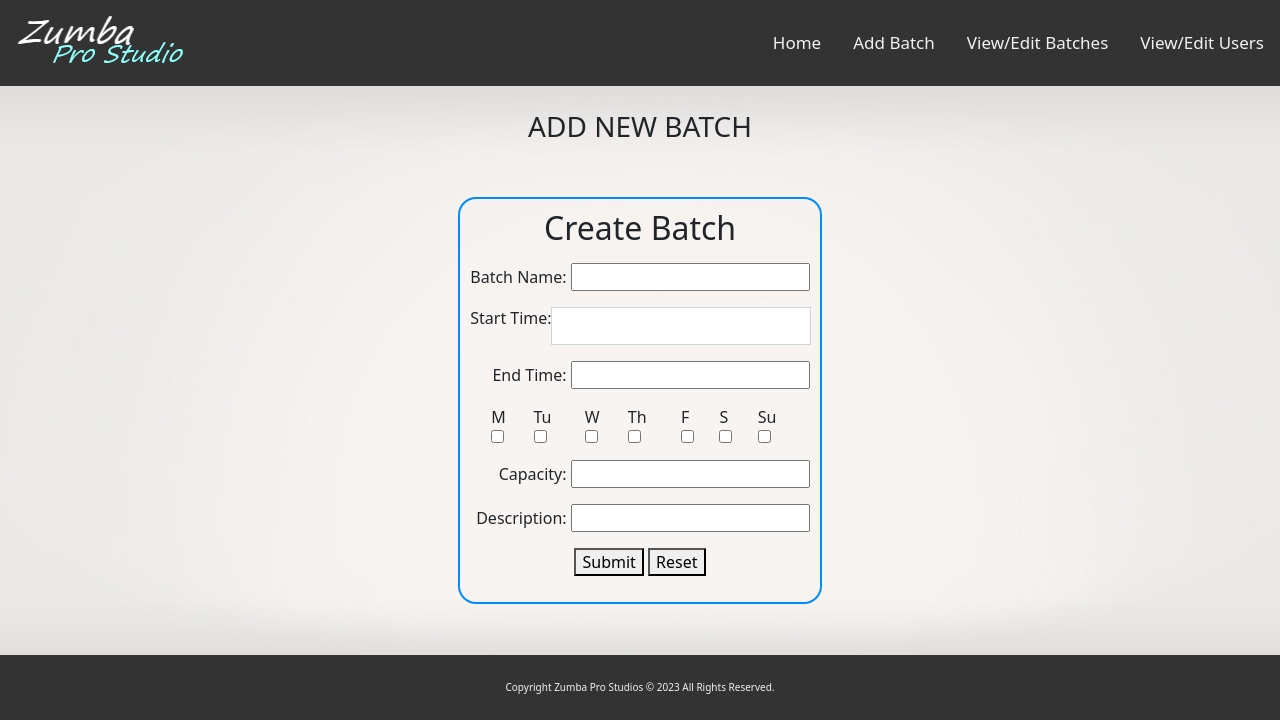
Repository: basemsamuel/Zumba
Page: http://localhost/ZumbaProStudio/addbatch.jsp
The author's editor kept a copy of each file at every save. The page is drawn from the files as they stood at one save, then again after the next save.
The browser window is 1280 px wide. The pictures show the whole page.
The page is served by Tomcat 10. Other server files are loaded and not shown.

Above is the page before, as saved 2023-07-30 23:37:37.

### ZumbaProStudio/src/main/webapp/addbatch.jsp
<jsp:include page="adminheader.jsp"></jsp:include>
<div class="mycontainer">
	<div align="center">
	<br>
	<h3>ADD NEW BATCH</h3>
	<br>
	<br>

	<div>
		<table class="formtable">
			<tr>
				<td style="padding: 10px;">
					<div class='center'>
						<form style="width: 100%;" action="Admin" method = "POST">
						    <h2>Create Batch</h2>
						    <input type="hidden" name="htmlFormName" value="AddBatch" />
						    <div>
						        <p>
							        <div class='right'>
							            <label for="name">Batch Name:</label>
							            <input type="text" id="name" name="name">
							        </div>
						        </p>
						    </div>

						    <div class='form-group'>
						        <p>
							        <div class='right input-group date'>
							            <label for="stime">Start Time:</label>
							            <input type='text' class="form-control" id="stime" name="stime"><span class="input-group-addon"><span >
							        </div>
						        </p>
						    </div>


						    <div>
						        <p>
							        <div class='right'>
							            <label for="etime">End Time:</label>
							            <input class="datepicker" data-date-format="mm/dd/yyyy" id="etime" name="etime">
							        </div>
						        </p>
						    </div>

						    <div>
						        <p>
							        <div style="padding-left:20px;">
							        	<Table width="100%">
							        		<tr>
							        			<td>M</td>
							        			<td>Tu</td>
							        			<td>W</td>
							        			<td>Th</td>
							        			<td>F</td>
							        			<td>S</td>
							        			<td>Su</td>
							        		</tr>
							        		<tr>
							        			<td>
										            <input type="checkbox" id="M" name="M" value="M">
							        			</td>
							        			<td>
										            <input type="checkbox" id="Tu" name="Tt" value="Tu">
							        			</td>
							        			<td>
										            <input type="checkbox" id="W" name="W" value="W">
							        			</td>
							        			<td>
										            <input type="checkbox" id="Th" name="Th" value="Th">
							        			</td>
							        			<td>
										            <input type="checkbox" id="F" name="F" value="F">
							        			</td>
							        			<td>
										            <input type="checkbox" id="S" name="S" value="S">
							        			</td>
							        			<td>
										            <input type="checkbox" id="Su" name="Su" value="Su">
							        			</td>
							        		</tr>
							        	</Table>

							        </div>
						        </p>
						    </div>

						    <div>
						        <p>
							        <div class='right'>
							            <label for="capacity">Capacity:</label>
							            <input type="number" id="capacity" name="capacity">
							        </div>
						        </p>
						    </div>

						    <div>
						        <p>
							        <div class='right'>
							            <label for="description">Description:</label>
							            <input type="text" id="description" name="description">
							        </div>
						        </p>
						    </div>
						    <div>
 						        <p>
						            <button type="submit" value="Submit">Submit</button>
						            <button type="reset" value="Reset">Reset</button>
						        </p>
						    </div>
						</form>
					</div>
				</td>
			</tr>
		</table>
		<br>
		<div class="emsg">
			<p>
				${batcherrorMessage}
			</p>
		</div>
	</div>
</div>
<jsp:include page="footer.jsp"></jsp:include>

### ZumbaProStudio/src/main/webapp/adminheader.jsp
<html lang="en">

<head>
    <meta charset="UTF-8">
    <meta http-equiv="X-UA-Compatible" content="IE=edge">
    <meta name="viewport" content="width=device-width, initial-scale=1.0">
    <title>Document</title>
    <link href="https://cdn.jsdelivr.net/npm/bootstrap@5.1.3/dist/css/bootstrap.min.css" rel="stylesheet" integrity="sha384-1BmE4kWBq78iYhFldvKuhfTAU6auU8tT94WrHftjDbrCEXSU1oBoqyl2QvZ6jIW3" crossorigin="anonymous">
    <link rel="stylesheet" type="text/css" href="css/styles.css" />
</head>

<body>
	 <div class="topnav">
		<img src="images/logo.png" alt="Zumba Pro Studio">
		<!-- <a class="active" href="#home">Home</a> -->
		<a href="adminusers.jsp">View/Edit Users</a>
		<a href="admin.jsp">View/Edit Batches</a>
		<a href="addbatch.jsp">Add Batch</a>
		<a href="index.jsp">Home</a>
	</div>

### ZumbaProStudio/src/main/webapp/footer.jsp
<footer>
	Copyright Zumba Pro Studios © 2023 All Rights Reserved.
</footer>
</body>
</html>

### ZumbaProStudio/src/main/webapp/css/styles.css
		.topnav {
			 background-color: #333;
			 overflow: hidden;
				}

		/* Style the links inside the navigation bar */
		.topnav a {
			 float: right;
			 color: #f2f2f2;
			 text-align: center;
			 padding: 30px 16px;
			 text-decoration: none;
			 font-size: 17px;
		}

		.topnav img {
			 float: left;
			 color: #f2f2f2;
			 text-align: center;
			 padding: 14px 16px;
			 text-decoration: none;
			 font-size: 17px;
			 height: 80px;
		}

		/* Change the color of links on hover */
		.topnav a:hover {
			 background-color: #ddd;
			 color: black;
		}

		/* Add a color to the active/current link */
		.topnav a.active {
			 background-color: #04AA6D;
			 color: white;
		}

		footer {
		    background-color: #333;
		    color: #f2f2f2;
		    grid-area: footer;
		    width: 100%;
		    position: absolute;
  			bottom: 0;
  			padding: 25px;
  			text-align: center;
  			font-size: 10px;
		}

		.centerimage {
			height: 100%;
			width: auto;
			display: block;
			margin-left: auto;
			margin-right: auto;

		}

		.center {
			text-align: center;
		}
		.right {
			text-align: right;
		}

		.formtable {
			border-collapse: collapse;
			border-radius: 16px;
			box-shadow: 0 0 0 2px rgb(0, 140, 255);
		}

		.mycontainer {
			height: calc(100% - 150px);
			width: 100%;
			background-image: url('../images/bg.jpg');
			background-color: #333; /* Used if the image is unavailable */
			background-position: center; /* Center the image */
			background-repeat: no-repeat; /* Do not repeat the image */
			background-size: cover; /* Resize the background image to cover the entire container */
		}

		.emsg {
			font-size: 13px;
			color: #FF0000;
		}

After the next save:
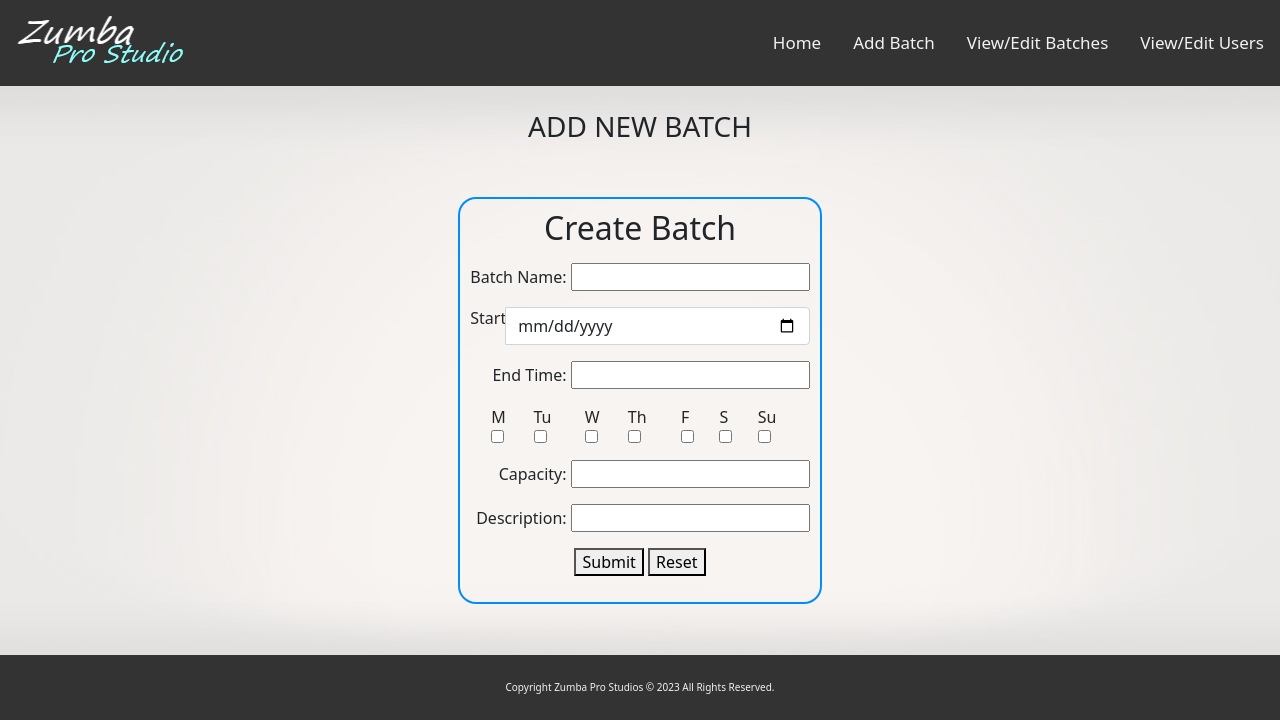
Saved 47 s later.
--- a/ZumbaProStudio/src/main/webapp/addbatch.jsp
+++ b/ZumbaProStudio/src/main/webapp/addbatch.jsp
@@ -26,8 +26,8 @@
 						    <div class='form-group'>
 						        <p>
 							        <div class='right input-group date'>
-							            <label for="stime">Start Time:</label>
-							            <input type='text' class="form-control" id="stime" name="stime"><span class="input-group-addon"><span >
+							            <label for="startDate">Start</label>
+										<input id="startDate" class="form-control" type="date" />
 							        </div>
 						        </p>
 						    </div>
